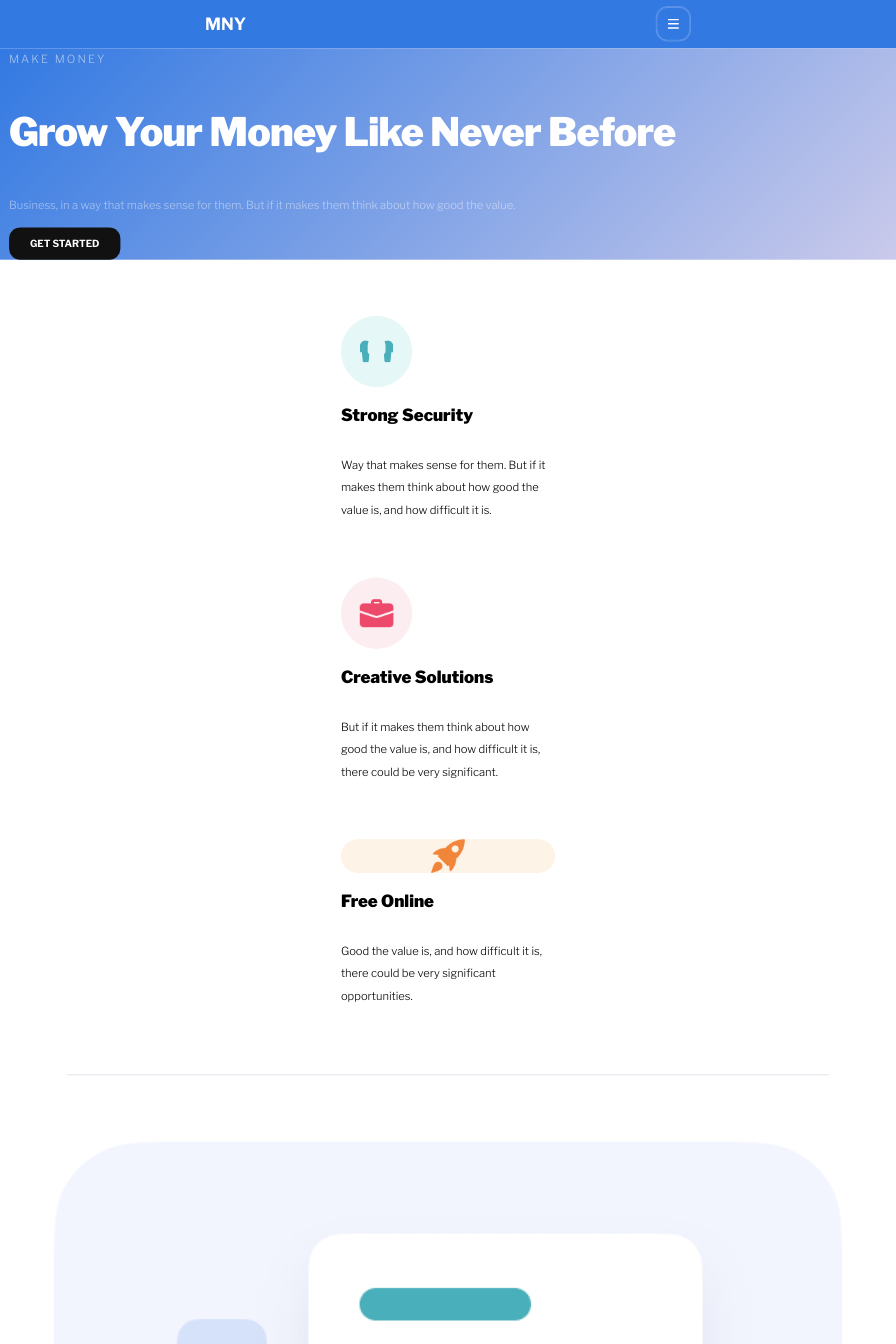
Repository: adryelfelipe/frontend-prova
Page: prova-figma/Prova/index.html
The author's editor kept a copy of each file at every save. The page is drawn from the files as they stood at one save, then again after a run of saves.
The browser window is 1280 px wide. The pictures show the part of the page from y = 0 to 1920 px (the page is 3765 px tall before and 3633 px after), at 70% of full size.

Above is the page before, as saved 2026-06-22 19:09:18.

### prova-figma/Prova/index.html
<!DOCTYPE html>
<html lang="en">
<head>
    <meta charset="UTF-8">
    <meta name="viewport" content="width=device-width, initial-scale=1.0">
    <link rel="stylesheet" href="style/variaveis.css">
    <link rel="stylesheet" href="./style/style.css">
    <title>Document</title>
</head>
<body>
    <header>
        <h2>MNY</h2>

        <nav>
            <p>About</p>
            <p>Features</p>
            <p>Services</p>
            <p>Pricing</p>
            <p>Blog</p>
        </nav>

        <button>CONTACT</button>

        <img src="./assets/icon/hamburguer.svg" alt="">
    </header>
    <main>
        <section class="hero">
            <article class="hero-first-article">
                <h3 class="subtitle-base hero-subtitle">MAKE MONEY</h3>
                <h1 class="title-base hero-title">Grow Your Money Like Never Before</h1>
                <p class="paragraph hero-paragraph">Business, in a way that makes sense for them. But if it makes them think about how good the value.</p>
                <button class="hero-button">GET STARTED</button>
            </article>
            <article class="hero-second-article">
                <!-- <img class src="assets/img/homem-terno.png" alt=""> -->
            </article>
        </section>

        <section class="service">
            <div class="service-container">
                <article class="service-card">
                    <div class="bg-icon-fly">
                        <img src="./assets/icon/icon1-fly-section2.svg" class="icon-fly" alt="">
                    </div>

                    <h3 class="subtitle-tertiary">Strong Security</h3>
                    <p class="paragraph">Way that makes sense for them. But if it makes them think about how good the value is, and how difficult it is.</p>
                </article>

                <article class="service-card">
                    <div class="bg-icon-backpack">
                        <img src="./assets/icon/icon2-backpack-section2.png" class="icon-backpack" alt="">
                    </div>

                    <h3 class="subtitle-tertiary">Creative Solutions</h3>
                    <p class="paragraph">But if it makes them think about how good the value is, and how difficult it is, there could be very significant.</p>
                </article>

                <article class="service-card">
                    <div class="bg-icon-rocket">
                        <img src="./assets/icon/icon3-rocket-section2.png" class="icon-rocket" alt="">
                    </div>

                    <h3 class="subtitle-tertiary">Free Online</h3>
                    <p class="paragraph">Good the value is, and how difficult it is, there could be very significant opportunities.</p>
                </article>
            </div>

            <div class="service-container-line">

            </div>

            <img src="./assets/img/infos-section2.png" class="service-img" alt="">

            <article>
                <h3>SERVICE</h3>
                <h2>Exclusive Service</h2>

                <div>
                    <img src="./assets/icon/correct-icon-section2.png" alt="">
                    <p>Business, in a way that makes sense for them</p>
                </div>

                <div>
                    <img src="./assets/icon/correct-icon-section2.png" alt="">
                    <p>Makes them think about how good</p>
                </div>

                <div>
                    <img src="./assets/icon/correct-icon-section2.png" alt="">
                    <p>Value is, and how difficult it is</p>
                </div>

                <button>LEARN MORE</button>
            </article>
        </section>
        <section class="our-company">
            <article class="company-first-article">
                <h3 class="subtitle-base company-subtitle">ABOUT OUR COMPANY</h3>
                <h2 class="subtitle-secondary">Giving Future To Your Investment</h2>
                <p class="company-paragraph">Business, in a way that makes sense for them. But if it makes them think about.</p>
                <p class="paragraph company-paragraph-second">But if it makes them think about how good the value is, and how difficult it is, there could be very significant opportunities—it could be really expensive for them.</p>
                <button class="company-button">ABOUT US</button>
            </article>
            <article class="company-second-article">
                <img src="assets/img/our-company.png" alt="">
            </article>
        </section>
    </main>
</body>
</html>

### prova-figma/Prova/style/variaveis.css
@import url('https://fonts.googleapis.com/css2?family=Libre+Franklin:ital,wght@0,100..900;1,100..900&display=swap');

:root {
    --primary-color: #FFFFFF;
    --header-icon-border-color: rgba(255, 255, 255, 0.3);
    --bg-color: rgba(50, 121, 226, 1);

    --subtitle: rgba(170, 196, 234, 1);

    --normal-line: rgba(213, 214, 225, 1);

    /*Icons Session 2*/
    --bg-icon-fly: rgba(230, 247, 248, 1);
    --bg-icon-backpack: rgba(252, 237, 240, 1);
    --bg-icon-rocket: rgba(253, 243, 230, 1);
    --bg-icon-correct: rgba(50, 121, 226, 1);

    --icon-fly-color: rgba(73, 175, 186, 1);
    --icon-backpack-color: rgba(237, 73, 107, 1);
    --icon-rocket-color: rgba(241, 134, 59, 1);
    --icon-correct-color: rgba(255, 255, 255, 1)
}

.title-base{
    font-family: 'Libre Franklin';
    font-weight: 900;
    font-size: 3.5rem;
    line-height: 64px;
    letter-spacing: -1px;
}

.subtitle-base{
    margin: 0;
    font-family: 'Libre Franklin';
    font-weight: 300;
    font-size: 1rem;
    line-height: 32px;
    letter-spacing: 3px;
    text-transform: uppercase;
}

.subtitle-secondary{
    font-family: 'Libre Franklin';
    font-weight: 900;
    font-size: 2.5rem;
    line-height: 48px;
    letter-spacing: 0px;
}

.subtitle-tertiary{
    font-family: Libre Franklin;
    font-weight: 900;
    font-size: 24px;
    line-height: 32px;
    letter-spacing: 0px;
}

.paragraph{
    font-family: 'Libre Franklin';
    font-weight: 300;
    font-size: 1rem;
    line-height: 32px;
    letter-spacing: 0px;
}

### prova-figma/Prova/style/style.css
body{
    font-family:"Libre Franklin";
    margin: 0px;
}

/* HEADER */
header{
    display: flex;
    justify-content: space-around;
    align-items: center;
    background-color: var(--bg-color);
}

header nav{
    display: none;
}

header button{
    display: none;
}

header img {
    border: solid 1px var(--header-icon-border-color);
    border-radius: 16px;
}

header h2 {
    color: var(--primary-color);
}


/* SECTION HERO */
.hero{
    background: linear-gradient(135deg, #3279E2 0%, #CACAEB 100%);
    margin-bottom: 80px;
}

.hero-first-article{
    width: 98%;                     /*OBSERVAÇÃO IMPORTANTE EM QUESTÃO          DO POSICIONAMENTO E FIDELIDADE AO FIGMA*/
    justify-self: center;           /*O POSICIONAMENTO FOI ALTERADO POIS, EMBORA A TIPOGRAFIA TENHA SIDO COPIADA EXTRITAMENTE SEMLHANTE AO FIGMA OS TAMANHOS E POSICIONAMENTOS DA TELA NA RESOLUÇÃO MÍNIMA INDICADA NÃO DARIAM CERTO*/
}

.hero-subtitle{
    color: var(--subtitle);
}

.hero-title{
    color: var(--primary-color);
}

.hero-paragraph{
    color: rgba(255, 255, 255, 0.5);
}

.hero-button{
    background-color: rgba(17, 17, 17, 1);
    color: var(--primary-color);
    padding: 16px 30px;
    font-family: Libre Franklin;
    font-weight: 700;
    font-size: 14px;
    line-height: 100%;
    letter-spacing: 0px;
    text-align: center;
    text-transform: uppercase;
    border: none;
    border-radius: 16px;
}

/* .hero-second-article{
    width: 405px;
    height: 80%;
}

.image{
    object-fit: cover;

} */

/* SECTION SERVICE */
.service {
    display: flex;
    flex-direction: column;
    align-items: center;
}

.service-container {
    display: flex;
    flex-direction: column;
    gap: 64px;
}

.service-container-line {
    height: 1px;
    background-color: var(--normal-line);
    width: 85vw;
    justify-self: center;
    margin-top: 80px;
    margin-bottom: 95px;
}

.service-img {
    justify-self: center;
    width: 88vw;
    height: 88vw;
}

.service-card {
    display: flex;
    flex-direction: column;
}

.service-card p {
    width: 306px;
}

.bg-icon-fly {
    display: flex;
    justify-content: center;
    align-items: center;
    border-radius: 100px;
    width: 102px;
    height: 102px;
    background-color: var(--bg-icon-fly)
}

.icon-fly {
    height: 2rem;
    width: 3rem;
}

.bg-icon-backpack {
    display: flex;
    justify-content: center;
    align-items: center;
    border-radius: 100px;
    width: 102px;
    height: 102px;
    background-color: var(--bg-icon-backpack)
}

.icon-backpack {
    height: 2,5rem;
    width: 3rem;
}

.bg-icon-rocket {
    display: flex;
    justify-content: center;
    align-items: center;
    border-radius: 100px;
    width: 6,3rem;
    height: 6,3rem;
    background-color: var(--bg-icon-rocket)
}

.icon-rocket {
    height: 3rem;
    width: 3rem;
}

.bg-icon-correct {
    display: flex;
    justify-content: center;
    align-items: center;
    border-radius: 100px;
    width: 2rem;
    height: 2rem;
    background-color: var(--bg-icon-rocket)
}

.icon-correct {
    width: 1rem;
    height: 0,8rem;
}

/* SECTION OUR COMPANY */

.our-company{
    background-color: rgba(236, 241, 250, 1);
}

.company-subtitle{
    color: rgba(50, 121, 226, 1);
}

.company-paragraph{
    font-family: Libre Franklin;
    font-weight: 300;
    font-size: 20px;
    line-height: 32px;
    letter-spacing: 0px;
    width: 90%;
}

.company-button{
    background-color: transparent;
    color: rgba(50, 121, 226, 1);
    padding: 16px 30px;
    font-family: Libre Franklin;
    font-weight: 700;
    font-size: 14px;
    line-height: 100%;
    letter-spacing: 0px;
    text-align: center;
    text-transform: uppercase;
    border: 1px solid rgba(50, 121, 226, 0.3);
    border-radius: 16px;
}

.company-paragraph-second{
    color: rgba(51, 51, 51, 0.75);
    width: 90%;
}

.company-first-article{
    width: 98%;
    justify-self: center;
}

.company-second-article{
    justify-self: center;
}

After the next 2 saves:
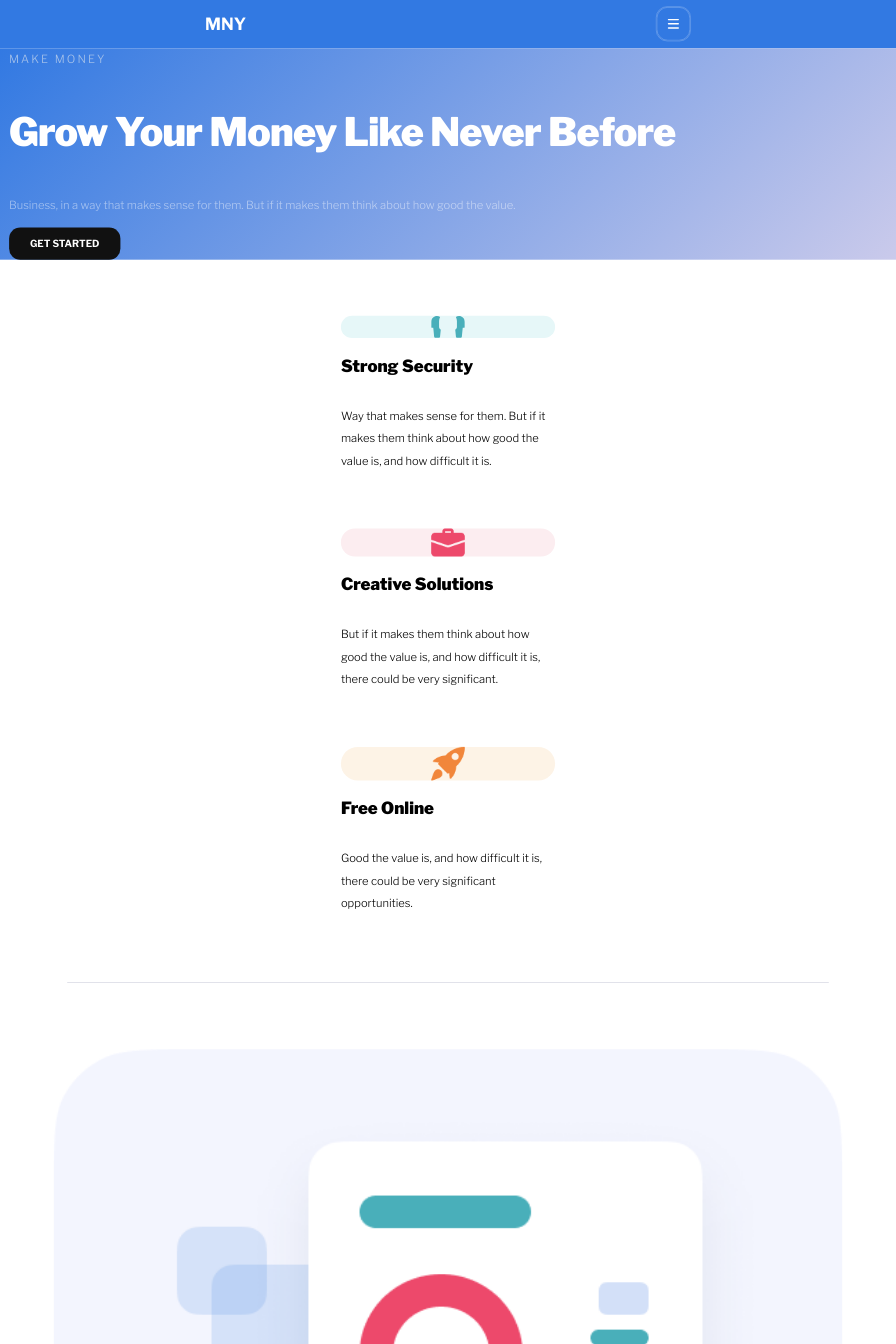
The 2 saves are shown as one change because they came seconds apart.
The last was saved 8 s later.
--- a/prova-figma/Prova/style/style.css
+++ b/prova-figma/Prova/style/style.css
@@ -119,8 +119,8 @@ header h2 {
     justify-content: center;
     align-items: center;
     border-radius: 100px;
-    width: 102px;
-    height: 102px;
+    width: 6,3rem;
+    height: 6,3rem;
     background-color: var(--bg-icon-fly)
 }
 
@@ -134,8 +134,8 @@ header h2 {
     justify-content: center;
     align-items: center;
     border-radius: 100px;
-    width: 102px;
-    height: 102px;
+    width: 6,3rem;
+    height: 6,3rem;
     background-color: var(--bg-icon-backpack)
 }
 
